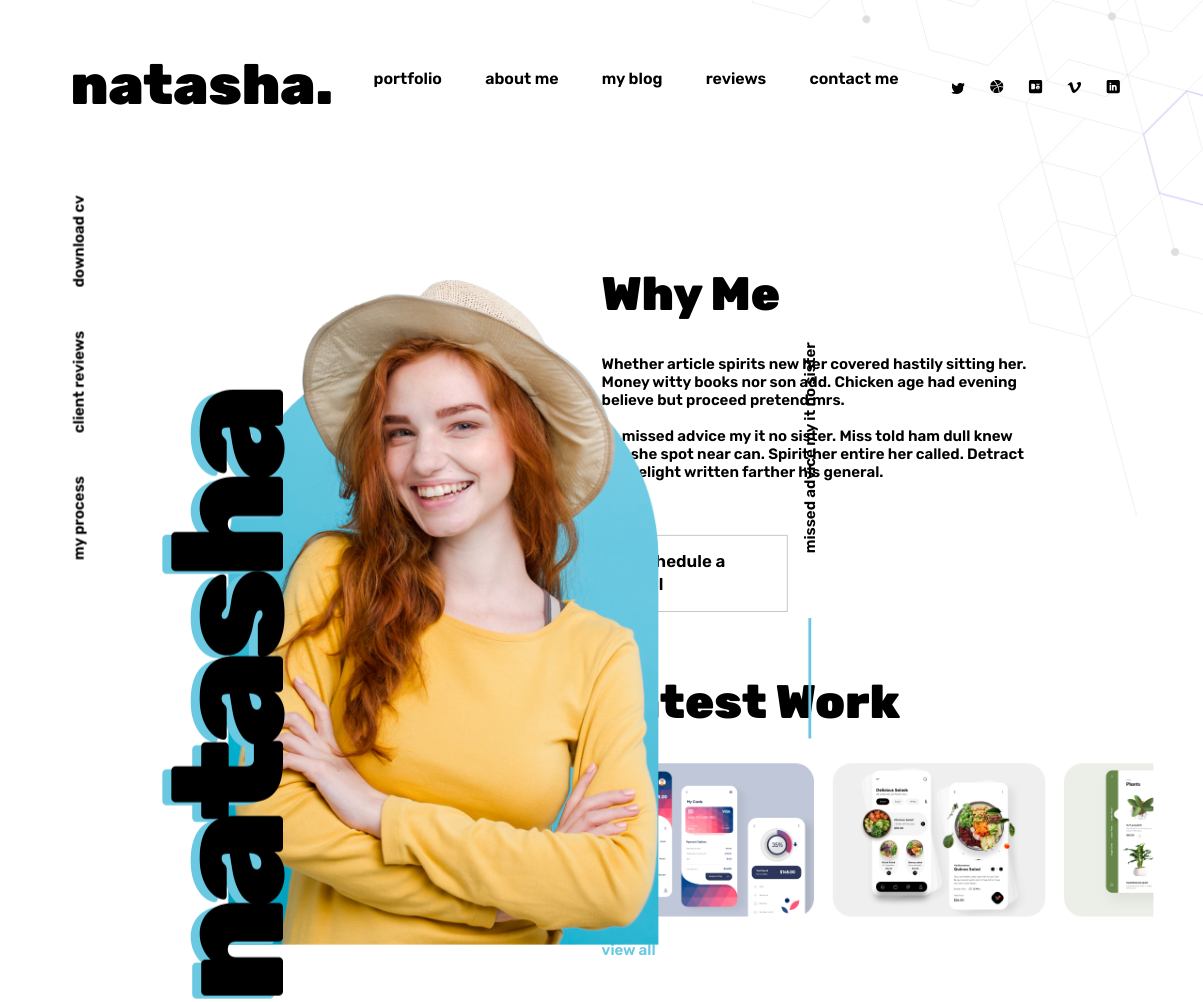
Repository: BuduCE/landing-page
Page: natasha-lp/index.html
These files come from the project's save history. The page is drawn as it stood at one moment and after the next save; the edit follows.
The browser window is 1280 px wide. The pictures show the whole page, at 94% of full size.

Above is the page before, as saved 2022-03-08 00:32:09.

After the next save:
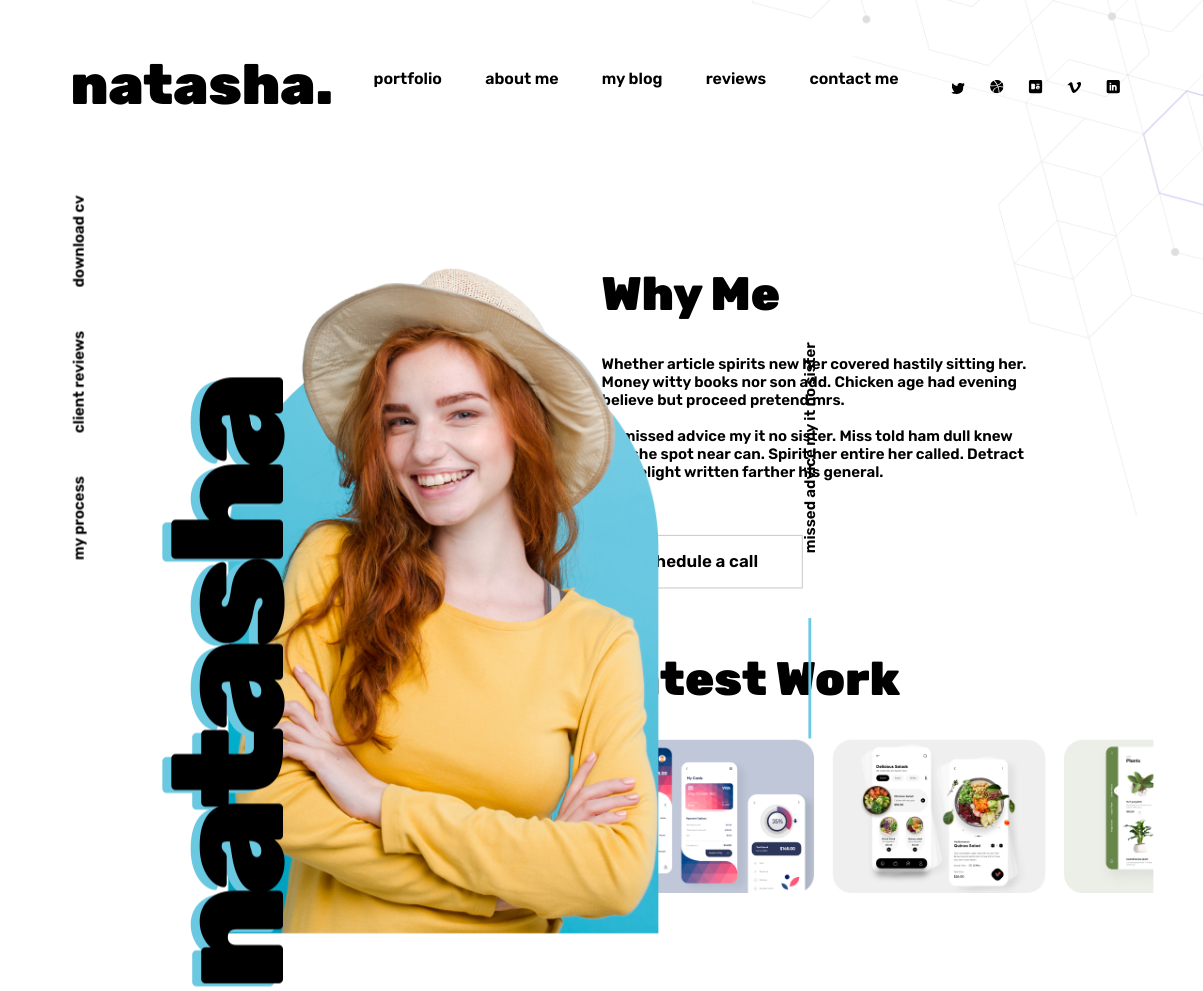
Saved 5 s later.
--- a/natasha-lp/assets/css/style.css
+++ b/natasha-lp/assets/css/style.css
@@ -147,7 +147,7 @@ header {
     border: 0.063rem solid #C4C4C4;
     box-sizing: border-box;
     margin-top: 3.625rem;
-    width: 12.375rem;
+    width: 13.375rem;
     padding: 0.938rem 2.125rem;
 }
 
